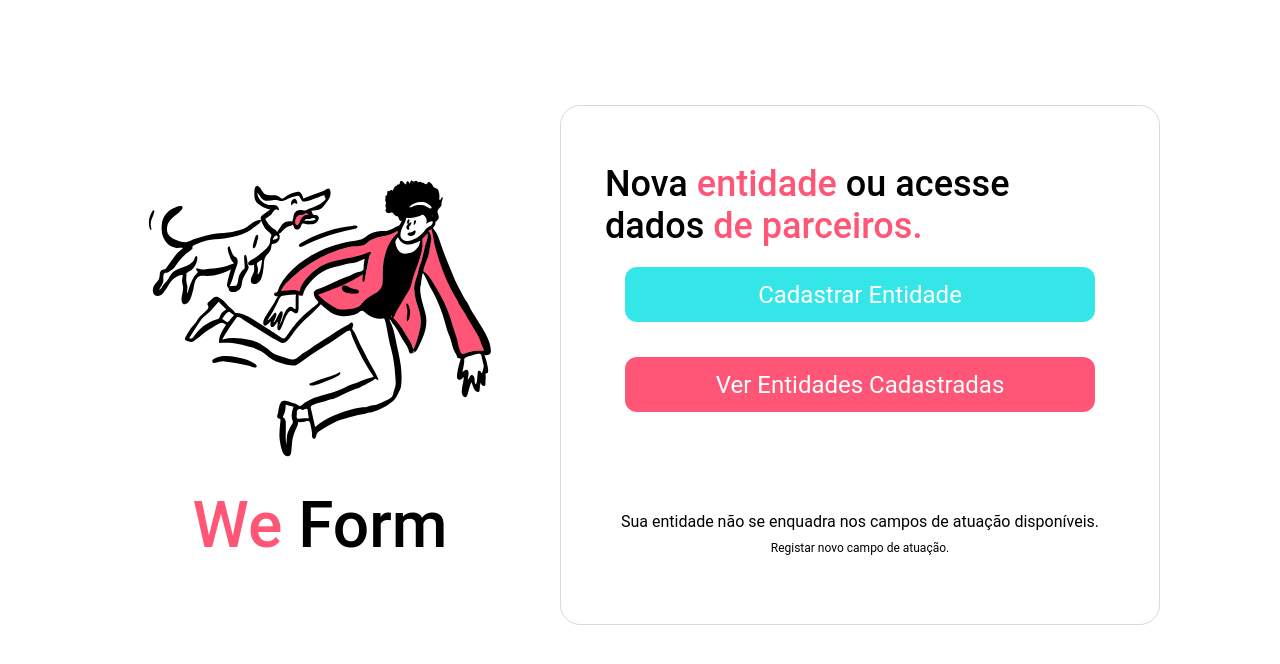
Repository: guilhermecardoso93/we-form
Page: nova-entidade.html
An editor plug-in stored every save of this project. The page is shown before and after a run of saves, followed by the edit.
The browser window is 1280 px wide. The pictures show the whole page.
Some web libraries are served in a nearby version.

Above is the page before, as saved 2024-06-09 17:56:58.

### nova-entidade.html
<!DOCTYPE html>
<html lang="pt-BR">

<head>
    <meta charset="UTF-8">
    <meta name="viewport" content="width=device-width, initial-scale=1.0">
    <link rel="stylesheet" href="https://cdnjs.cloudflare.com/ajax/libs/font-awesome/5.13.1/css/all.min.css">
    <link rel="stylesheet" href="./styles.css">
    <title>We Form</title>
</head>

<body>
    <div class="content">

        <aside>
            <img src="./assets/hero.svg" alt="Ilustração mulher com cachorro" />
            <h1>
                <span>We</span> Form
            </h1>
        </aside>

        <main>
            <h2>Nova <span>entidade</span> ou acesse dados <span>de parceiros.</span></h2>
            <div class="buttons">
                <button>
                <a href="http://">Cadastrar Entidade</a>
            </button>
                <button>
                <a href="http://">Ver Entidades Cadastradas</a>
            </button>
            </div>
            <div class="footer">
                <p>Sua entidade não se enquadra nos campos de atuação disponíveis.</p>
                <a href="http://">Registar novo campo de atuação.</a>
            </div>
        </main>
    </div>
</body>

</html>

### styles.css
* {
  padding: 0;
  margin: 0;
  box-sizing: border-box;
  font-family: Roboto, sans-serif;
}

:root {
  font-size: 62.5%;
}

body {
  font-size: 1.6rem;
  text-decoration: none;
}

.content {
 display: flex;
 flex-wrap: wrap-reverse;
 align-items: center;
 justify-content:center;
 gap: 4rem;
 margin: 10.5rem 0 4rem 0;
}


aside {
  display: flex;
  flex-direction: column;
  align-items: center;
  justify-content: center;
  gap: 2rem;
}

aside h1 {
  font-size: 6.4rem;
  font-weight: 500;
  line-height: 75px;
}

aside h1>span, main h2>span {
  color: #FF5678;
}

aside img {
  width: 40rem;
}


main {
  width: 60rem;
  height: 52rem;
  border: 1px solid rgba(0, 0, 0, 0.15);
  border-radius: 20px;
  padding: 5.7rem 4.4rem;
}

main h2 {
  max-width: 43rem;
  font-size: 3.6rem;
  font-weight: 500;
}

.buttons {
  display: flex;
  flex-direction: column;
  justify-content: center;
  gap: 3.5rem;
  margin: 2rem;
}


.buttons button {
  background-color: #35e6e9;
  height: 5.5rem;
  border: none;
  border-radius: 12px;
}

.buttons button:hover {
  opacity: 0.5;
}

.buttons button a {
  text-decoration: none;
  color: #fff;
  font-size: 2.4rem;
}

.buttons button+button {
  background-color: #FF5678;
}

.footer {
  display: flex;
  flex-direction: column;
  align-items: center;
  justify-content: center;
  gap: 1rem;
}

.footer p {
  font-size: 1.6rem;
  margin-top: 8rem;
}

.footer a {
  font-size: 1.2rem;
  color: #000;
  text-decoration: none;
}

After the next 2 saves:
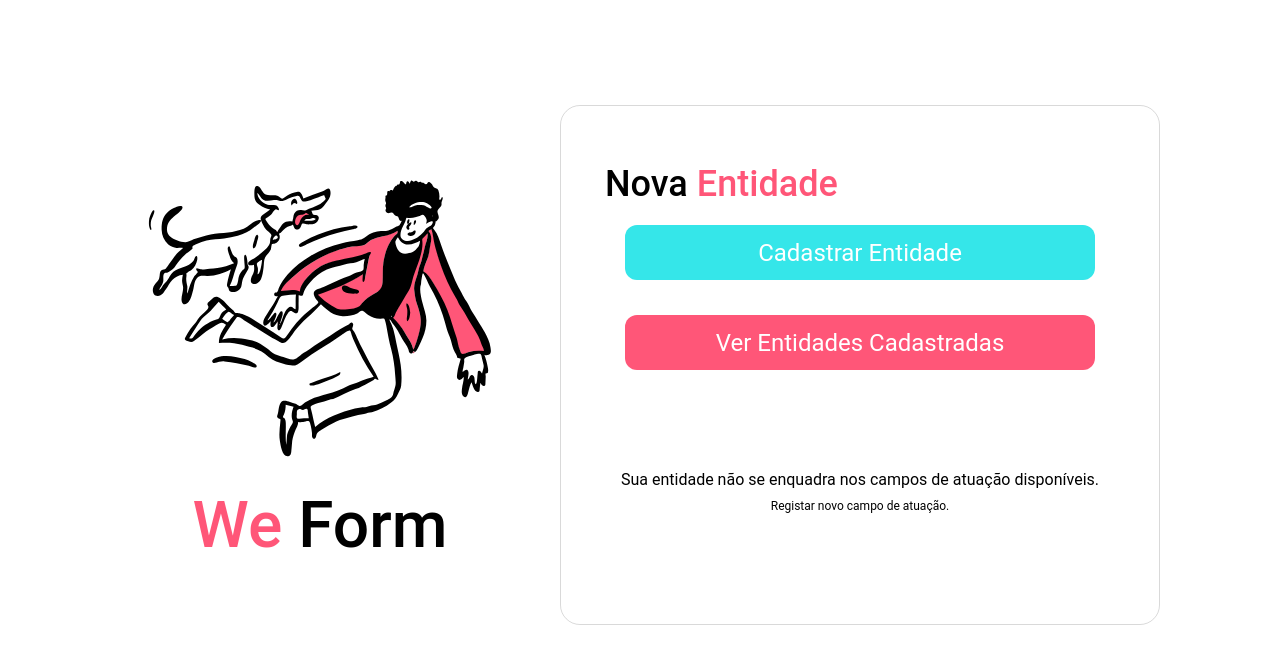
The 2 saves are shown as one change because they came seconds apart.
The last was saved 9 s later.
--- a/nova-entidade.html
+++ b/nova-entidade.html
@@ -20,7 +20,7 @@
         </aside>
 
         <main>
-            <h2>Nova <span>entidade</span> ou acesse dados <span>de parceiros.</span></h2>
+            <h2>Nova <span>Entidade</span></h2>
             <div class="buttons">
                 <button>
                 <a href="http://">Cadastrar Entidade</a>
